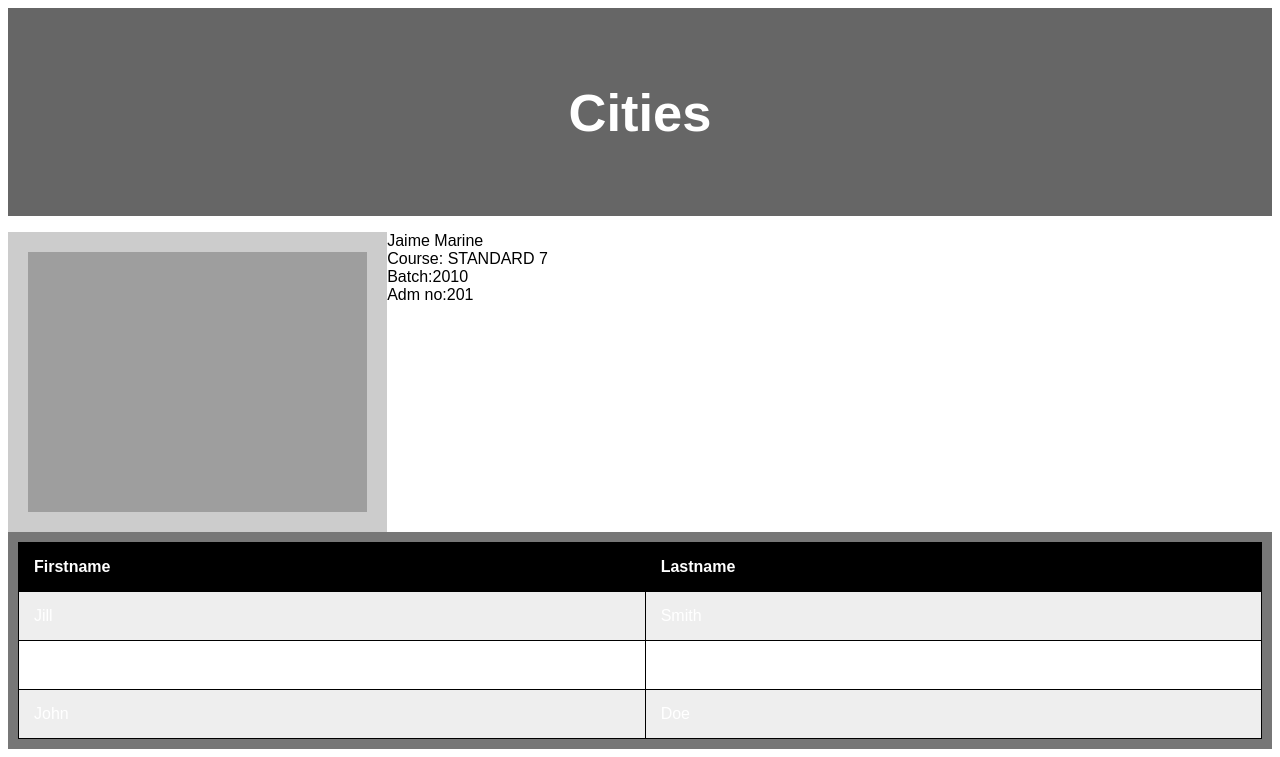
Repository: sandunigayanjali/Library_System
Page: http://localhost/library_management/studentProfile2.jsp
The author's editor kept a copy of each file at every save. The page is drawn from the files as they stood at one save, then again after the next save.
The browser window is 1280 px wide. The pictures show the whole page.
Pictures or frames that could not be fetched are drawn as grey boxes. The page is served by Tomcat 9.

Above is the page before, as saved 2018-11-23 15:10:13.

### library management/WebContent/studentProfile2.jsp
<%@ page language="java" contentType="text/html; charset=ISO-8859-1"
    pageEncoding="ISO-8859-1"%>
<!DOCTYPE html PUBLIC "-//W3C//DTD HTML 4.01 Transitional//EN" "http://www.w3.org/TR/html4/loose.dtd">
<html>
<head>
 <meta charset="utf-8">
<meta name="viewport" content="width=device-width, initial-scale=1">
<title>Insert title here</title>

<style>
* {
    box-sizing: border-box;
}

body {
    font-family: Arial, Helvetica, sans-serif;
}

/* Style the header */
header {
    background-color: #666;
    padding: 30px;
    text-align: center;
    font-size: 35px;
    color: white;
}

/* Create two columns/boxes that floats next to each other */
aside{
    float: left;
    width: 30%;
    height: 300px; /* only for demonstration, should be removed */
    background: #ccc;
    padding: 20px;
}

/* Style the list inside the menu */
nav ul {
    list-style-type: none;
    padding: 0;
}

article {
    float: left;
    padding: 20px;
    width: 70%;
    background-color: #f1f1f1;
    height: 300px; /* only for demonstration, should be removed */
}

/* Clear floats after the columns */
section:after {
    content: "";
    display: table;
    clear: both;
}

/* Style the footer */
footer {
    background-color: #777;
    padding: 10px;
    text-align: center;
    color: white;
}

/* Responsive layout - makes the two columns/boxes stack on top of each other instead of next to each other, on small screens */
/*@media (max-width: 600px) {
    nav, article {
        width: 100%;
        height: auto;
    }
}*/

table {
    width:100%;
}
table, th, td {
    border: 1px solid black;
    border-collapse: collapse;
}
th, td {
    padding: 15px;
    text-align: left;
}
table#t01 tr:nth-child(even) {
    background-color: #eee;
}
table#t01 tr:nth-child(odd) {
   background-color: #fff;
}
table#t01 th {
    background-color: black;
    color: white;
}

</style>

</head>
<body>

<header>
  <h2>Cities</h2>
</header>

<section>
<aside>
<img src="F:\library mangement\man.jpg" alt="Smiley face" width="100%" height="100%" align="left"></div>

</aside>
  <nav>
    <ul>
      <li>Jaime Marine</li>
      <li>Course: STANDARD 7</li>
      <li>Batch:2010</li>
       <li>Adm no:201</li>
    </ul>
  </nav>


</section>

<footer>
 <table id="t01">
  <tr>
    <th>Firstname</th>
    <th>Lastname</th>

  </tr>
  <tr>
    <td>Jill</td>
    <td>Smith</td>

  </tr>
  <tr>
    <td>Eve</td>
    <td>Jackson</td>

  </tr>
  <tr>
    <td>John</td>
    <td>Doe</td>

  </tr>
</table>
</footer>

</body>
</html>

After the next save:
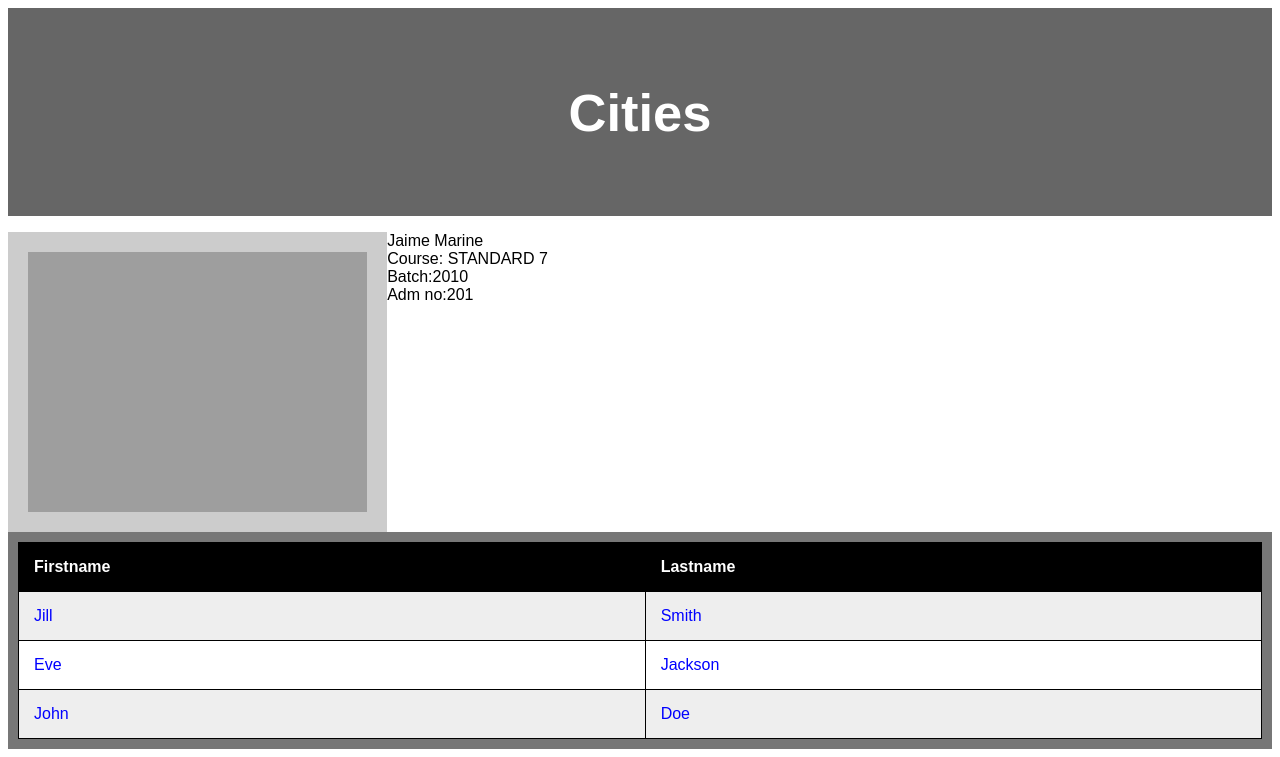
Saved 3 min 30 s later.
--- a/library management/WebContent/studentProfile2.jsp
+++ b/library management/WebContent/studentProfile2.jsp
@@ -120,6 +120,7 @@ table#t01 th {
 </section>
 
 <footer>
+<font color="blue">
  <table id="t01">
   <tr>
     <th>Firstname</th>
@@ -142,6 +143,7 @@ table#t01 th {
 
   </tr>
 </table>
+</font>
 </footer>
 
 </body>
